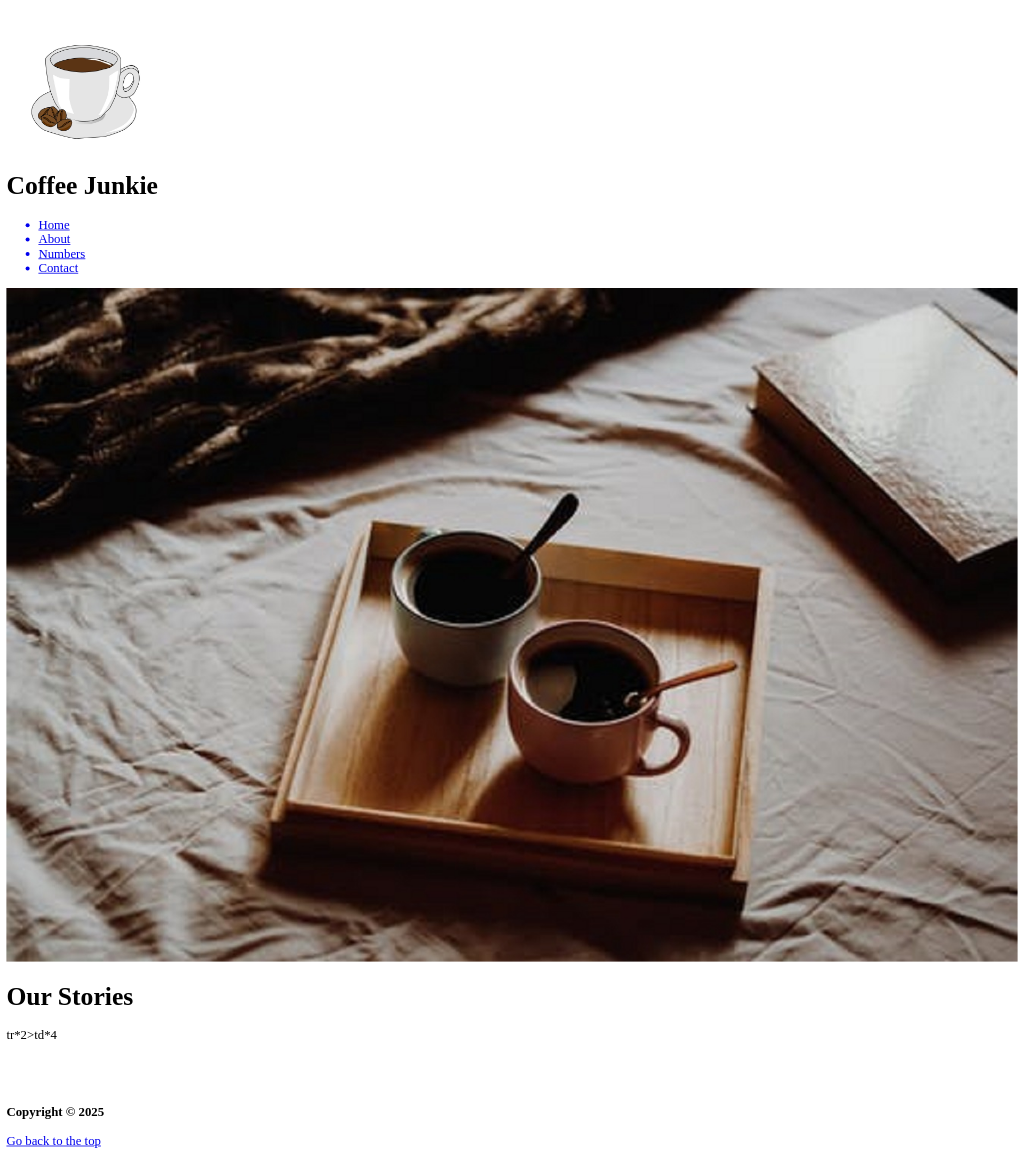
Repository: Tranghii/HTML-CSS
Page: HTML&CSS/miniExercise/number.html
An editor plug-in stored every save of this project. The page is shown before and after the next save, followed by the edit.
The browser window is 1280 px wide. The pictures show the whole page, at 80% of full size.

Above is the page before, as saved 2025-10-11 21:48:08.

After the next save:
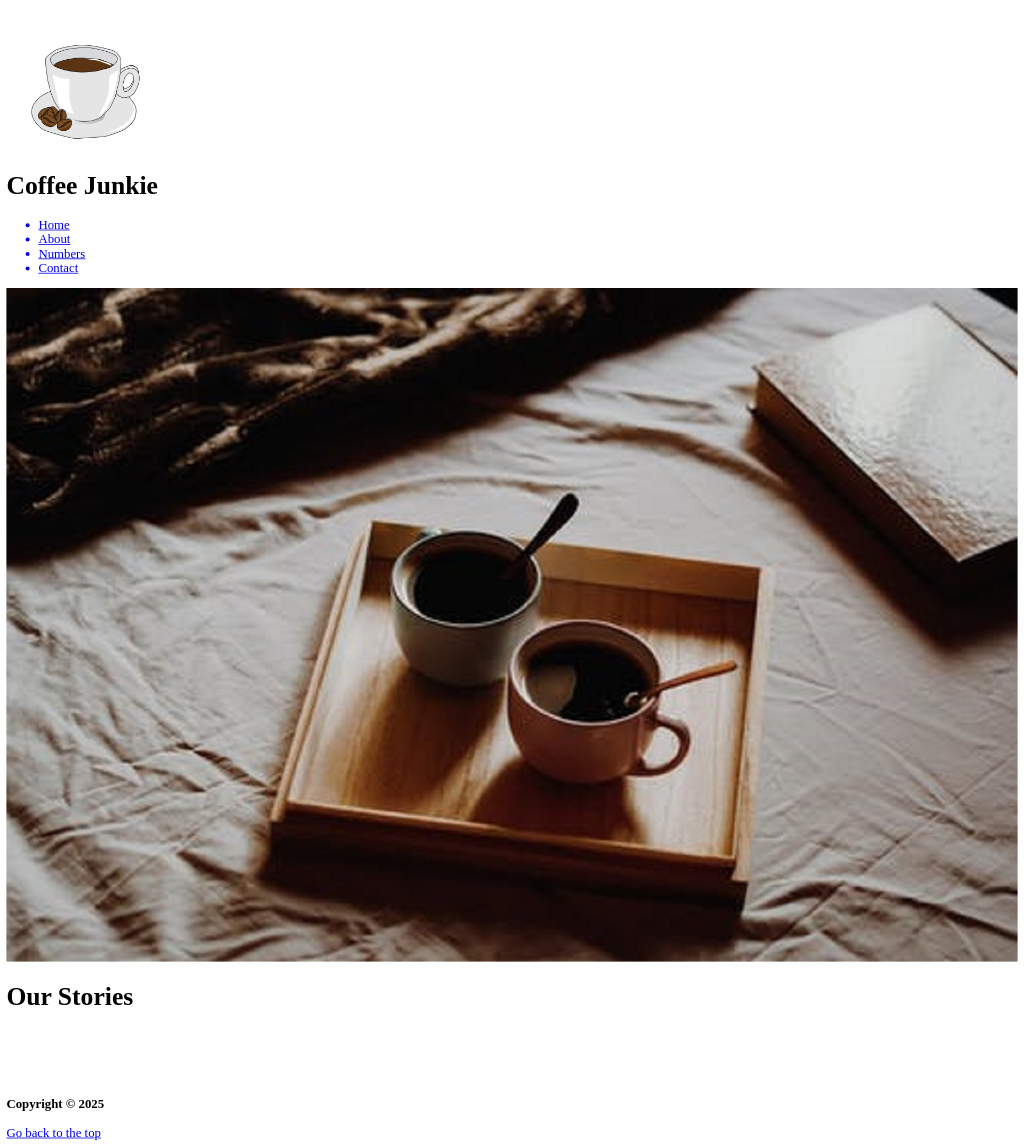
Saved 2 s later.
--- a/HTML&CSS/miniExercise/number.html
+++ b/HTML&CSS/miniExercise/number.html
@@ -29,7 +29,18 @@
                         </tr>
                     </thead>
                     <tbody>
-                        tr*2>td*4
+                        <tr>
+                            <td></td>
+                            <td></td>
+                            <td></td>
+                            <td></td>
+                        </tr>
+                        <tr>
+                            <td></td>
+                            <td></td>
+                            <td></td>
+                            <td></td>
+                        </tr>
                     </tbody>
                 </table>
 
